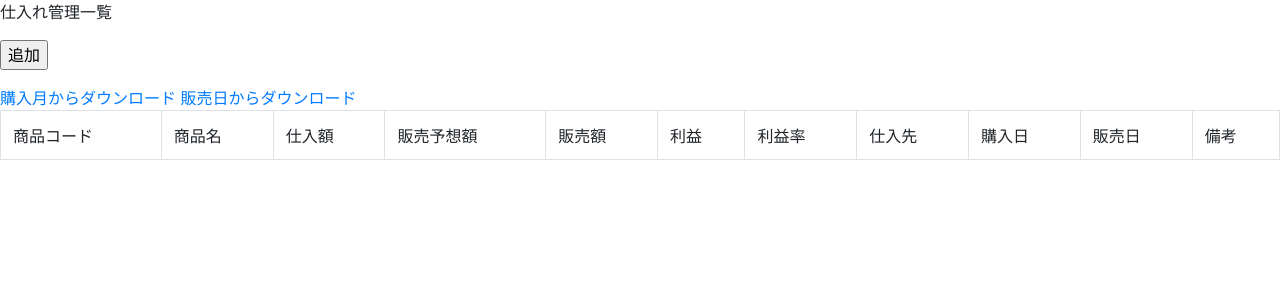
Repository: hayashikazuki/quroud9
Page: http://localhost/hurugi_keisan/product/hurugi_list.php
The author's editor kept a record of every edit. The page is drawn from the files as they stood at one moment, then again after the next edit.
The browser window is 1280 px wide. The pictures show the whole page.
The page is run by PHP 8.4 with error messages shown; the project is at /var/www/html/. Queries for data that is not in the repository find no rows.

Above is the page before.

### hurugi_keisan/product/hurugi_list.php
<!DOCTTYPE>
<html lang="ja">
    <head>
        <meta charaset="UTF-8">
        <title>古着管理アプリ</title>
        <link rel="stylesheet" href="bootstrap.css"/>
    </head>
    <body>
    <?php

    try
    {
    $dsn='mysql:dbname=hurugi_keisan;host=localhost;charset=utf8';
    $user='root';
    $password='';
    $dbh = new PDO($dsn,$user,$password);
    $dbh->setAttribute(PDO::ATTR_ERRMODE,PDO::ERRMODE_EXCEPTION);

    $sql = 'SELECT code,namecode,name,stocking,expect,sale,shop,date,saledate,remarks FROM hurugi_product WHERE 1';
    $stmt = $dbh->prepare($sql);
    $stmt->execute();

    $dbh = null;


    ?>

    <p>仕入れ管理一覧</p>
    <form method="post" action="hurugi_branch.php">
        <input type="submit" value="追加" name="add">
    </form>
    <a href="hurugi_download.php">購入月からダウンロード</a>
    <a href="saledate_download.php">販売日からダウンロード</a>

    <table class="table table-bordered">
        <tr>
            <td>商品コード</td>
            <td>商品名</td>
            <td>仕入額</td>
            <td>販売予想額</td>
            <td>販売額</td>
            <td>利益</td>
            <td>利益率</td>
            <td>仕入先</td>
            <td>購入日</td>
            <td>販売日</td>
            <td>備考</td>
        </tr>
    <?php
    while(true)
    {

        $rec = $stmt->fetch(PDO::FETCH_ASSOC);
        if($rec==false)
        {
            break;
        }
        print '<tr>';
        print '<td>';
        print $rec['namecode'];
        print '</td>';
        print '<td>';
        print '<a href="hurugi_disp.php?hurugicode='.$rec['code'].'">';
        print $rec['name'];
        print '</a>';
        print '</td>';
        print '<td>';
        print $rec['stocking'];
        print '</td>';
        print '<td>';
        print $rec['expect'];
        print '</td>';
        print '<td>';
        print $rec['sale'];
        print '</td>';
        print '<td>';
        print $rec['sale']-$rec['stocking'];
        print '</td>';
        print '<td>';
        print floor(($rec['sale']-$rec['stocking']) / $rec['sale'] * 100);
        print '</td>';
        print '<td>';
        print $rec['shop'];
        print '</td>';
        print '<td>';
        print $rec['date'];
        print '</td>';
        print '<td>';
        print $rec['saledate'];
        print '</td>';
        print '<td>';
        print $rec['remarks'];
        print '</td>';
        print '</tr>';
    }
    print '</table>';

    }
    catch(Exception $e)
    {
        print 'ただいま障害により大変ご迷惑をお掛けしております。';
        exit();
    }
    ?>




    </body>
</html>

Loaded but not shown: hurugi_keisan/product/bootstrap.css (library)

After the next edit:
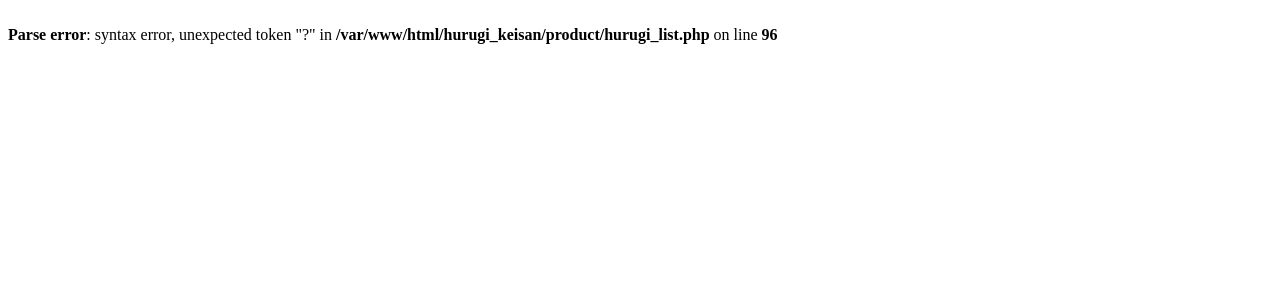
The edit:
--- a/hurugi_keisan/product/hurugi_list.php
+++ b/hurugi_keisan/product/hurugi_list.php
@@ -93,7 +93,8 @@
         print '</td>';
         print '</tr>';
     }
-    print '</table>';
+    ?}
+    </table>
 
     }
     catch(Exception $e)
